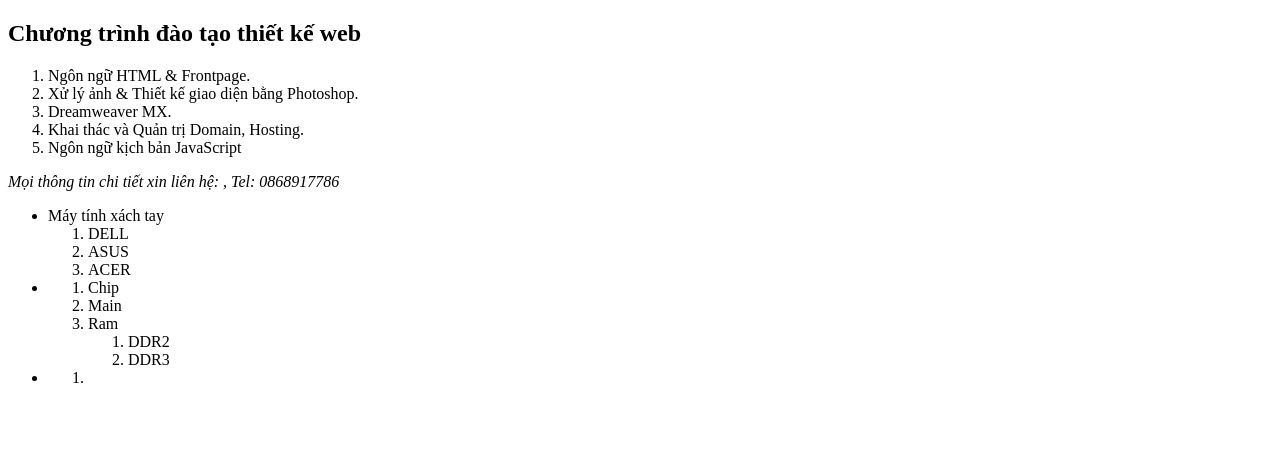
Repository: tuiladev/TKW
Page: ListTag/index.html
The author's editor kept a copy of each file at every save. The page is drawn from the files as they stood at one save, then again after the next save.
The browser window is 1280 px wide. The pictures show the whole page.

Above is the page before, as saved 2022-03-15 22:50:18.

### ListTag/index.html
<!DOCTYPE html>
<html lang="en">
  <head>
    <meta charset="UTF-8" />
    <meta http-equiv="X-UA-Compatible" content="IE=edge" />
    <meta name="viewport" content="width=device-width, initial-scale=1.0" />
    <title>21115053120156 _ Đặng Văn Trung</title>
  </head>
  <body>
    <div class="wrapper">
      <main>
        <section class="program">
          <h2 class="program__title">Chương trình đào tạo thiết kế web</h2>
          <ol class="program__list">
            <li class="program__item">Ngôn ngữ HTML & Frontpage.</li>
            <li class="program__item">
              Xử lý ảnh & Thiết kế giao diện bằng Photoshop.
            </li>
            <li class="program__item">Dreamweaver MX.</li>
            <li class="program__item">
              Khai thác và Quản trị Domain, Hosting.
            </li>
            <li class="program__item">Ngôn ngữ kịch bản JavaScript</li>
          </ol>
          <em class="program__info">
            Mọi thông tin chi tiết xin liên hệ:
            <a class="program__link" href="webmaster@dotnet.vn"></a>, Tel:
            0868917786</em
          >
        </section>
        <section class="product">
          <ul class="product__category">
            <li class="product__name">
              Máy tính xách tay
              <ol class="product__list">
                <li class="product__item">DELL</li>
                <li class="product__item">ASUS</li>
                <li class="product__item">ACER</li>
              </ol>
            </li>
            <li class="product__name">
              <ol class="product__list">
                <li class="product__item">Chip</li>
                <li class="product__item">Main</li>
                <li class="product__item">
                  Ram
                  <ol class="product__list">
                    <li class="product__item">DDR2
                    </li>
                    <li class="product__item">DDR3</li>
                  </ol>
                </li>
              </ol>
            </li>
            <li class="product__name">
              <ol class="product__list">
                <li class="product__item"></li>
              </ol>
            </li>
          </ul>
        </section>
      </main>
    </div>
  </body>
</html>

After the next save:
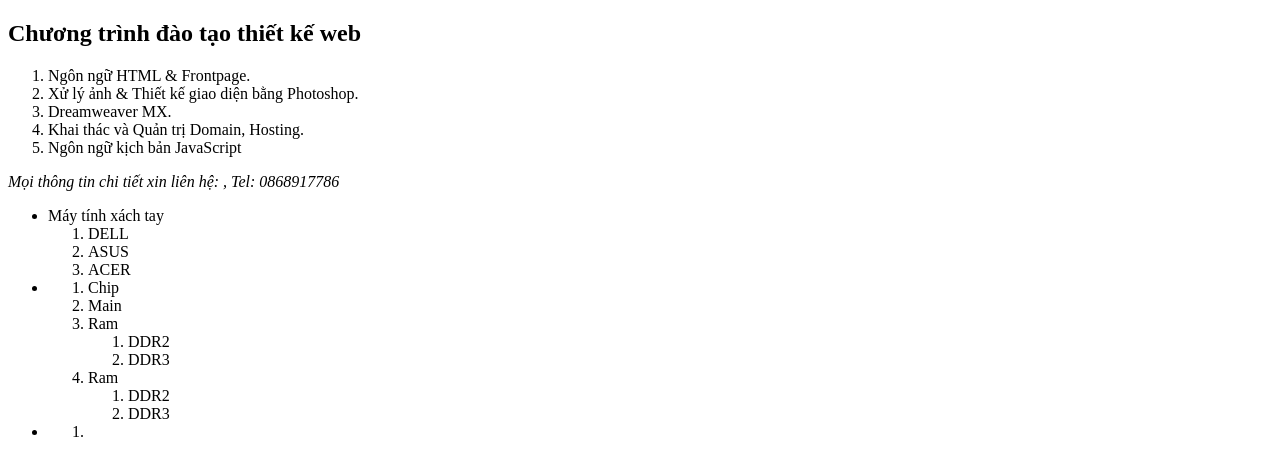
Saved 5 s later.
--- a/ListTag/index.html
+++ b/ListTag/index.html
@@ -50,6 +50,14 @@
                     <li class="product__item">DDR3</li>
                   </ol>
                 </li>
+                <li class="product__item">
+                  Ram
+                  <ol class="product__list">
+                    <li class="product__item">DDR2
+                    </li>
+                    <li class="product__item">DDR3</li>
+                  </ol>
+                </li>
               </ol>
             </li>
             <li class="product__name">
